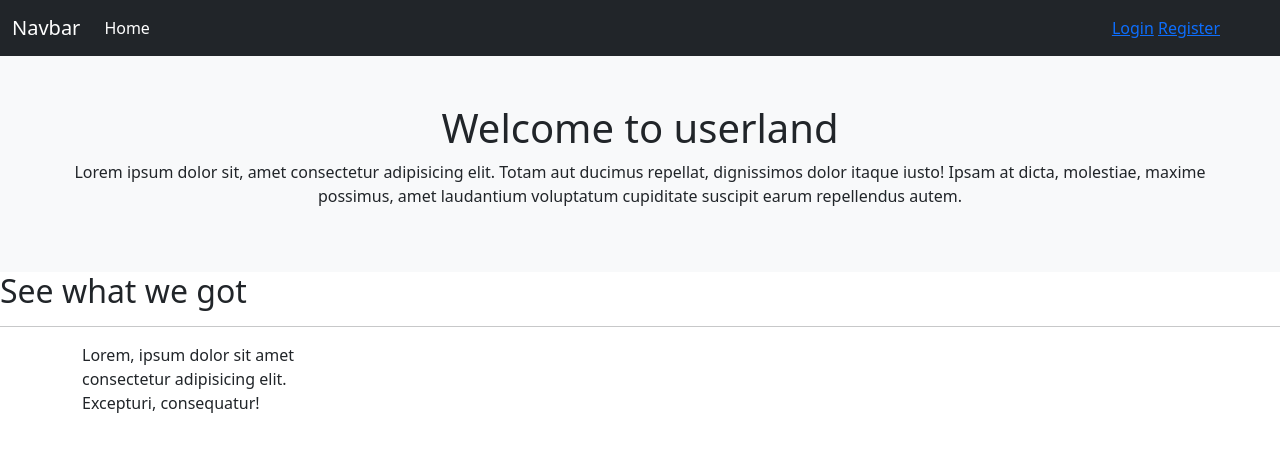
Repository: BrittleHeart/symfony-users--crud
Page: templates/home/home.html.twig
These files come from the project's save history. The page is drawn as it stood at one moment and after the next save; the edit follows.
The browser window is 1280 px wide. The pictures show the whole page.
The page is a Twig template of a Symfony application; nobody is signed in and links lead nowhere. The template is opened directly, without the code that normally fills it, so the values that code supplies are empty.

Above is the page before, as saved 2021-02-20 15:50:01.

### templates/home/home.html.twig
{% extends 'home.html.twig' %}

{% block body %}

<header class="p-5 bg-light text-center">
    <h1 class="jumbotron-header">Welcome to userland</h1>
    <p class="jumbotron-description">Lorem ipsum dolor sit, amet consectetur adipisicing elit. Totam aut ducimus repellat, dignissimos dolor itaque iusto! Ipsam at dicta, molestiae, maxime possimus, amet laudantium voluptatum cupiditate suscipit earum repellendus autem.</p>
</header>

<main class="main">
    <h2>See what we got</h2>
    <hr>
    <div class="container">
        <div class="row">
            <div class="col-md-3">Lorem, ipsum dolor sit amet consectetur adipisicing elit. Excepturi, consequatur!</div>
            <div class="col-md-3"></div>
            <div class="col-md-3"></div>
            <div class="col-md-3"></div>
        </div>
    </div>
</main>

{% endblock %}

### templates/home.html.twig
<!DOCTYPE html>
<html>
	<head>
		<meta charset="UTF-8">
		<title>
			{% block title %}Users Crud - Overblitz
			{% endblock %}
		</title>
		{# Run `composer require symfony/webpack-encore-bundle`
		           and uncomment the following Encore helpers to start using Symfony UX #}
		{% block stylesheets %}
			<link href="https://cdn.jsdelivr.net/npm/bootstrap@5.0.0-beta2/dist/css/bootstrap.min.css" rel="stylesheet" integrity="sha384-BmbxuPwQa2lc/FVzBcNJ7UAyJxM6wuqIj61tLrc4wSX0szH/Ev+nYRRuWlolflfl" crossorigin="anonymous">
		{% endblock %}

		{% block javascripts %}
			{#{{ encore_entry_script_tags('app') }}#}
		{% endblock %}
	</head>
	<body>
		<nav class="navbar navbar-expand-lg navbar-dark bg-dark">
			<div class="container-fluid">
				<a class="navbar-brand" href="#">Navbar</a>
				<button class="navbar-toggler" type="button" data-bs-toggle="collapse" data-bs-target="#navbarSupportedContent" aria-controls="navbarSupportedContent" aria-expanded="false" aria-label="Toggle navigation">
					<span class="navbar-toggler-icon"></span>
				</button>
				<div class="collapse navbar-collapse" id="navbarSupportedContent">
					<ul class="navbar-nav me-auto mb-2 mb-lg-0">
						<li class="nav-item">
							<a class="nav-link active" aria-current="page" href="/">Home</a>
						</li>
					</ul>
					<div class="d-flex justify-content-between mx-5">
                        <a href="" class="mr-3">Login</a> &nbsp;
                        <a href="">Register</a>
                    </div>
				</div>
			</div>
		</nav>
		<div class="wrapper">
            {% block body %}{% endblock %}
		</div>
		</body>
	</html>

After the next save:
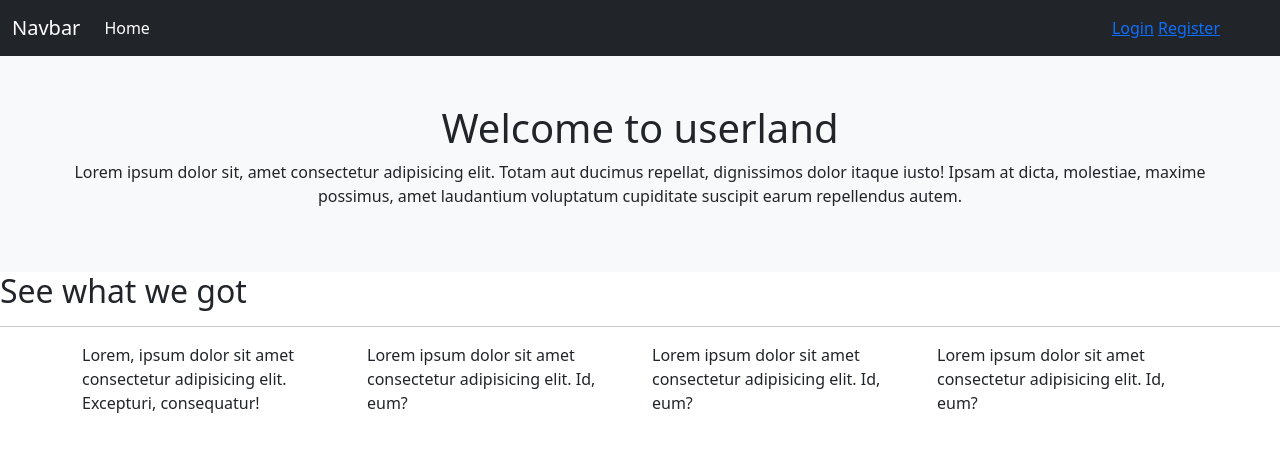
Saved 7 s later.
--- a/templates/home/home.html.twig
+++ b/templates/home/home.html.twig
@@ -13,9 +13,9 @@
     <div class="container">
         <div class="row">
             <div class="col-md-3">Lorem, ipsum dolor sit amet consectetur adipisicing elit. Excepturi, consequatur!</div>
-            <div class="col-md-3"></div>
-            <div class="col-md-3"></div>
-            <div class="col-md-3"></div>
+            <div class="col-md-3">Lorem ipsum dolor sit amet consectetur adipisicing elit. Id, eum?</div>
+            <div class="col-md-3">Lorem ipsum dolor sit amet consectetur adipisicing elit. Id, eum?</div>
+            <div class="col-md-3">Lorem ipsum dolor sit amet consectetur adipisicing elit. Id, eum?</div>
         </div>
     </div>
 </main>
